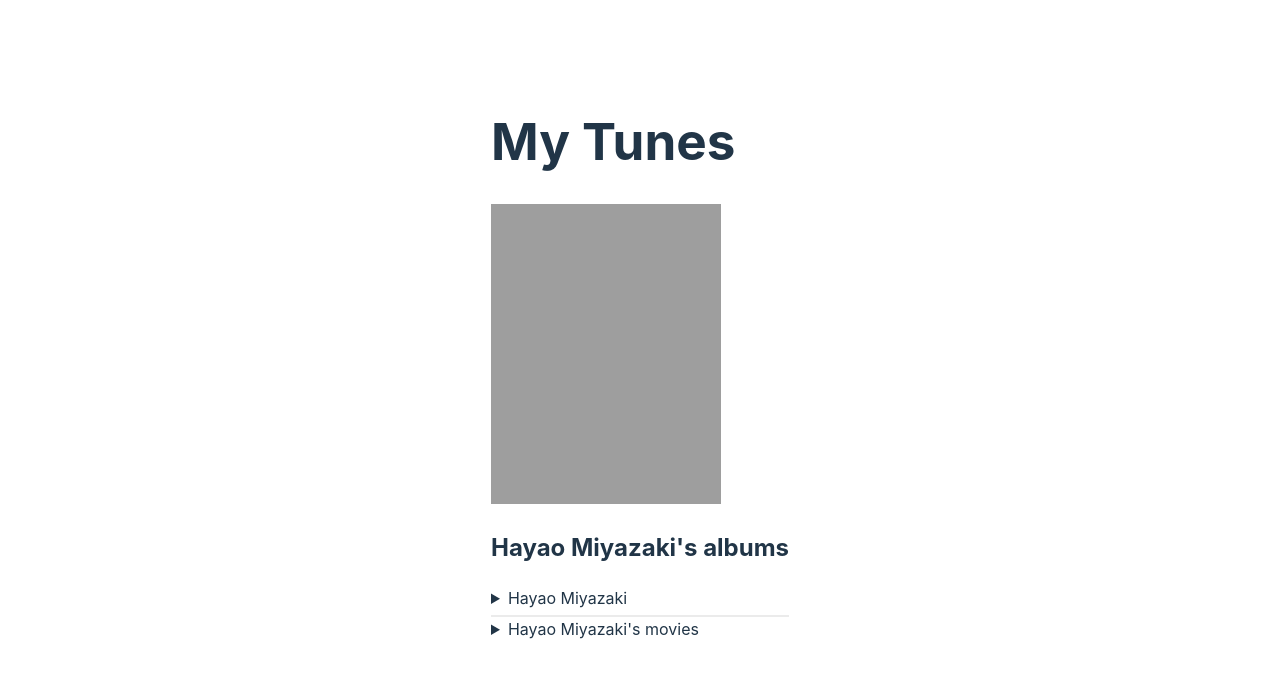
Repository: SamanthaYan298/my_app
Page: /
An editor plug-in stored every save of this project. The page is shown before and after the next save, followed by the edit.
The browser window is 1280 px wide. The pictures show the whole page.
Pictures or frames that could not be fetched are drawn as grey boxes. The project was rebuilt for these pictures with package versions that can differ from the ones it lists, and the page was loaded fresh each time. Also part of the build but not shown: vite.config.js.

Above is the page before, as saved 2024-09-12 16:29:55.

After the next save:
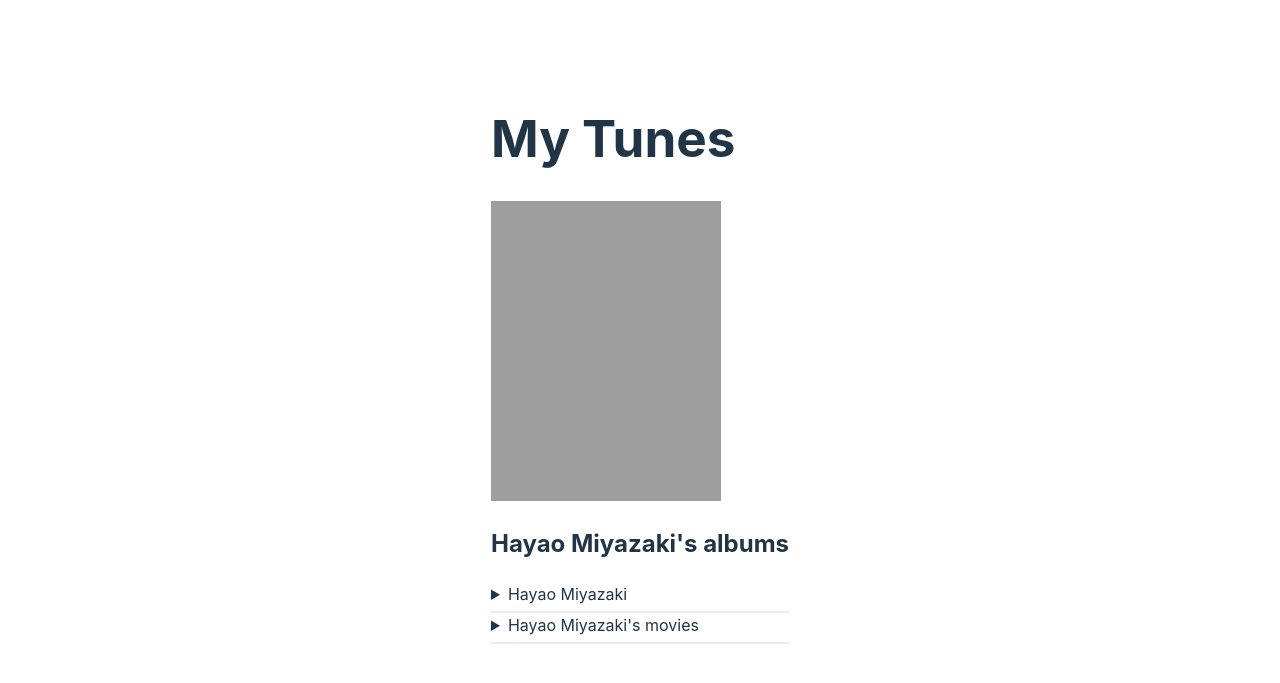
Saved 20 h 40 min later.
--- a/src/App.jsx
+++ b/src/App.jsx
@@ -21,7 +21,7 @@
               <li>Oscar awards: 89 wins & 62 nominations</li>
             </ol>
           </details>
-          <details>
+          <details className='categories'>
             <summary>Hayao Miyazaki's movies</summary>
             <ol>
               <li>Castle in the Sky</li>
